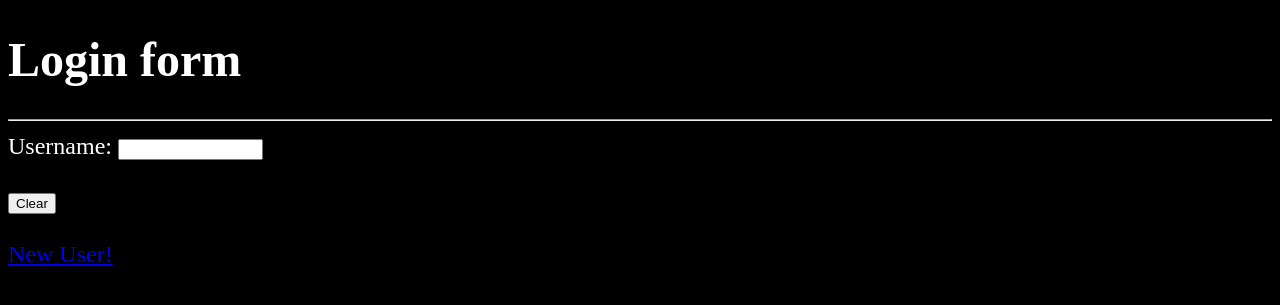
Repository: neerajagrrawal/Day8
Page: LoginApplication/WebContent/login.html
These files come from the project's save history. The page is drawn as it stood at one moment and after the next save; the edit follows.
The browser window is 1280 px wide. The pictures show the whole page.

Above is the page before, as saved 2018-09-05 10:34:30.

After the next save:
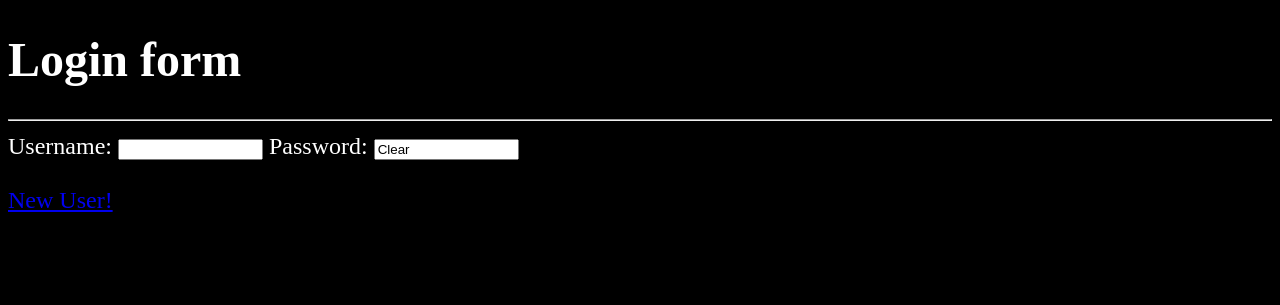
Saved 2 min 38 s later.
--- a/LoginApplication/WebContent/login.html
+++ b/LoginApplication/WebContent/login.html
@@ -9,13 +9,10 @@
 <h1>Login form</h1>
 <hr>
 <form action="login" method="post">
-<label>Username: </label>
+<label>Username:</label>
+<input type="text" name="username" size="15"/>
+<label>Password: </label>
 <input type="text" name="username" size="15/>
-
-<label>Password: </label>
-<input type="text" name="password" size="15"/>
-<br><br>
-
 <input type="reset" value="Clear"/>
 <br><br>
 <a href="registration.html">New User!</a>
